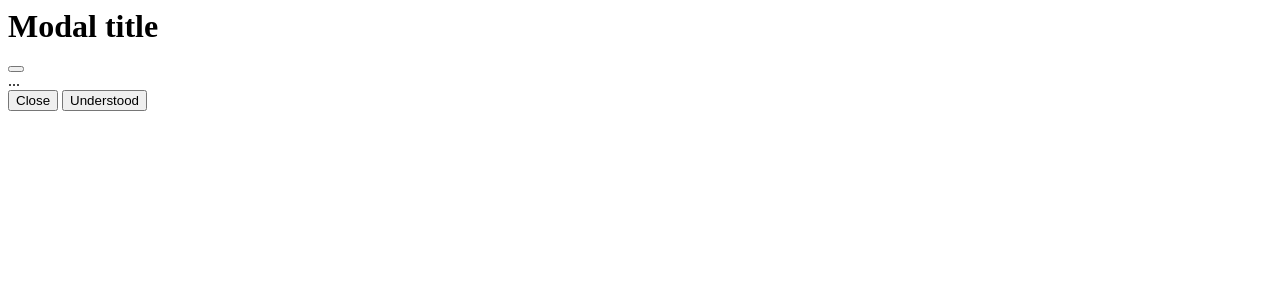
Repository: Seoptrike/jsp
Page: http://localhost/ex04/bbs/modal_update.jsp
The author's editor kept a copy of each file at every save. The page is drawn from the files as they stood at one save, then again after the next save.
The browser window is 1280 px wide. The pictures show the whole page.
The page is served by Tomcat 9. Other server files are loaded and not shown.

Above is the page before, as saved 2024-05-03 10:15:49.

### jsp/ex04/src/main/webapp/bbs/modal_update.jsp
<%@ page language="java" contentType="text/html; charset=UTF-8"
    pageEncoding="UTF-8"%>

<div class="modal fade" id="modalUpdate" data-bs-backdrop="static" data-bs-keyboard="false" tabindex="-1" aria-labelledby="staticBackdropLabel" aria-hidden="true">
  <div class="modal-dialog">
    <div class="modal-content">
      <div class="modal-header">
        <h1 class="modal-title fs-5" id="staticBackdropLabel">Modal title</h1>
        <button type="button" class="btn-close" data-bs-dismiss="modal" aria-label="Close"></button>
      </div>
      <div class="modal-body">
        ...
      </div>
      <div class="modal-footer">
        <button type="button" class="btn btn-secondary" data-bs-dismiss="modal">Close</button>
        <button type="button" class="btn btn-primary">Understood</button>
      </div>
    </div>
  </div>
</div>

After the next save:
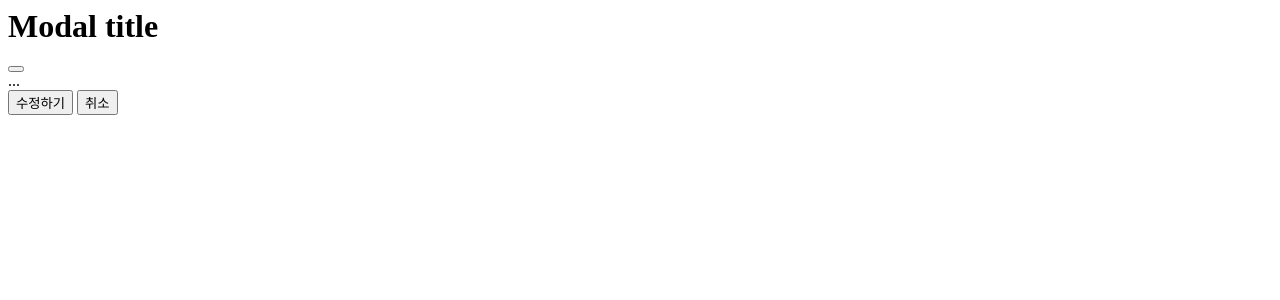
Saved 39 s later.
--- a/jsp/ex04/src/main/webapp/bbs/modal_update.jsp
+++ b/jsp/ex04/src/main/webapp/bbs/modal_update.jsp
@@ -12,8 +12,8 @@
         ...
       </div>
       <div class="modal-footer">
-        <button type="button" class="btn btn-secondary" data-bs-dismiss="modal">Close</button>
-        <button type="button" class="btn btn-primary">Understood</button>
+      	<button type="button" class="btn btn-primary">수정하기</button>
+        <button type="button" class="btn btn-secondary" data-bs-dismiss="modal">취소</button>
       </div>
     </div>
   </div>
